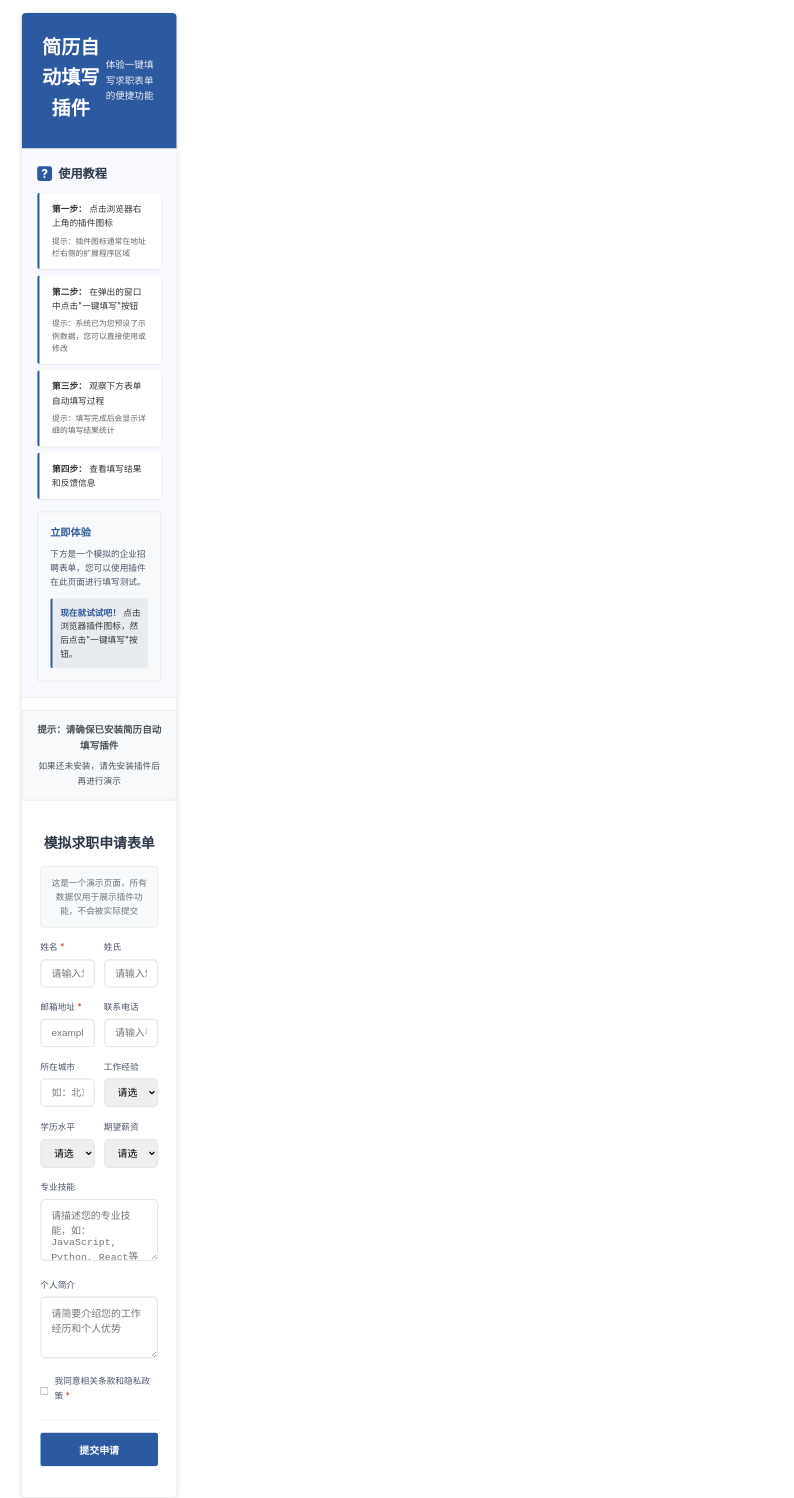
Repository: Zion74/jiancareer-chrome-main-zhn
Page: public/mock-form.html
An editor plug-in stored every save of this project. The page is shown before and after the next save, followed by the edit.
The browser window is 1280 px wide. The pictures show the whole page, at 62% of full size.

Above is the page before, as saved 2025-09-09 21:52:13.

After the next save:
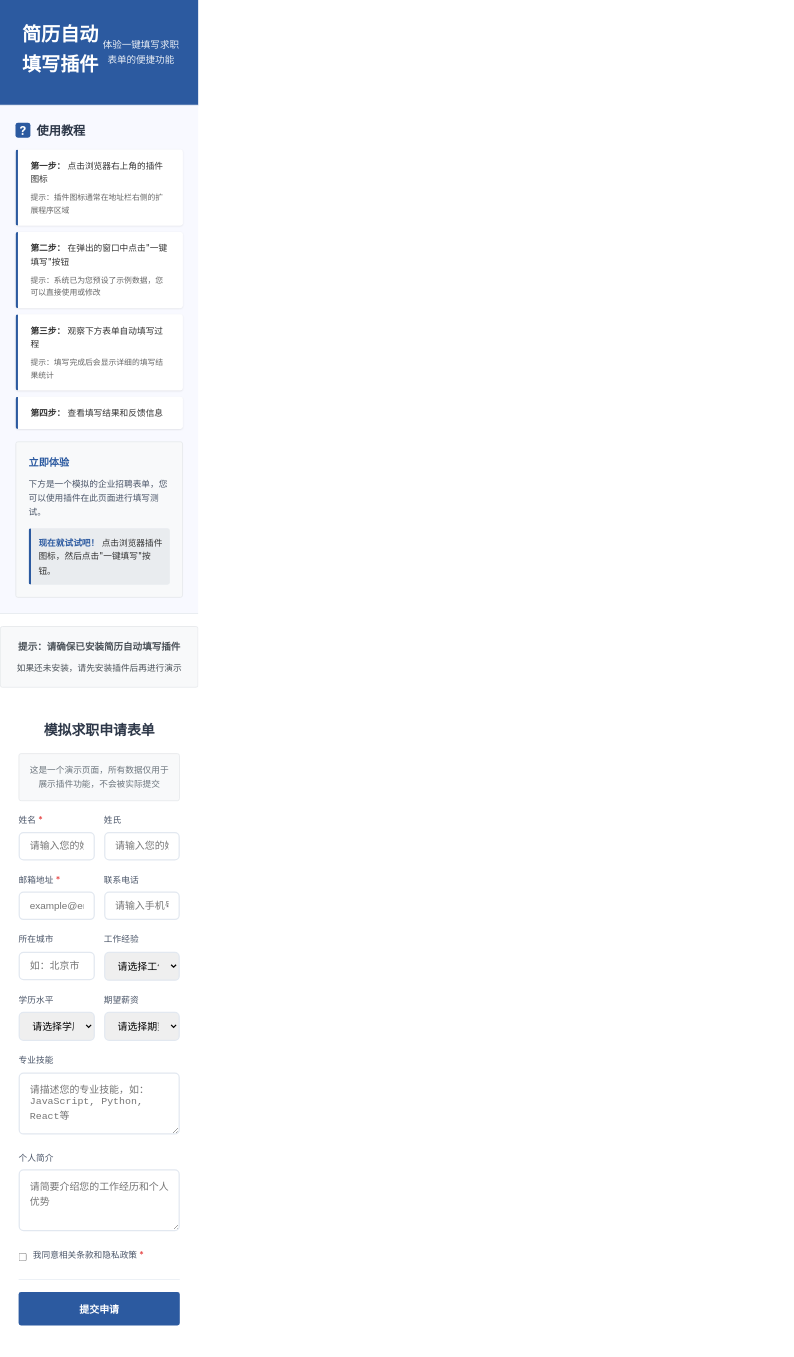
Saved 19 s later.
--- a/public/mock-form.html
+++ b/public/mock-form.html
@@ -10,18 +10,18 @@
             font-family: -apple-system, BlinkMacSystemFont, 'Segoe UI', Roboto, sans-serif;
             line-height: 1.6;
             margin: 0;
-            padding: 20px;
+            padding: 0;
             background: #ffffff;
             min-height: 100vh;
         }
 
         .container {
-            max-width: 90%;
-            margin: 0 auto;
+            width: 100%;
+            margin: 0;
             background: white;
-            border-radius: 8px;
-            box-shadow: 0 2px 8px rgba(0,0,0,0.1);
-            border: 1px solid #e5e5e5;
+            border-radius: 0;
+            box-shadow: none;
+            border: none;
             overflow: hidden;
         }
 
